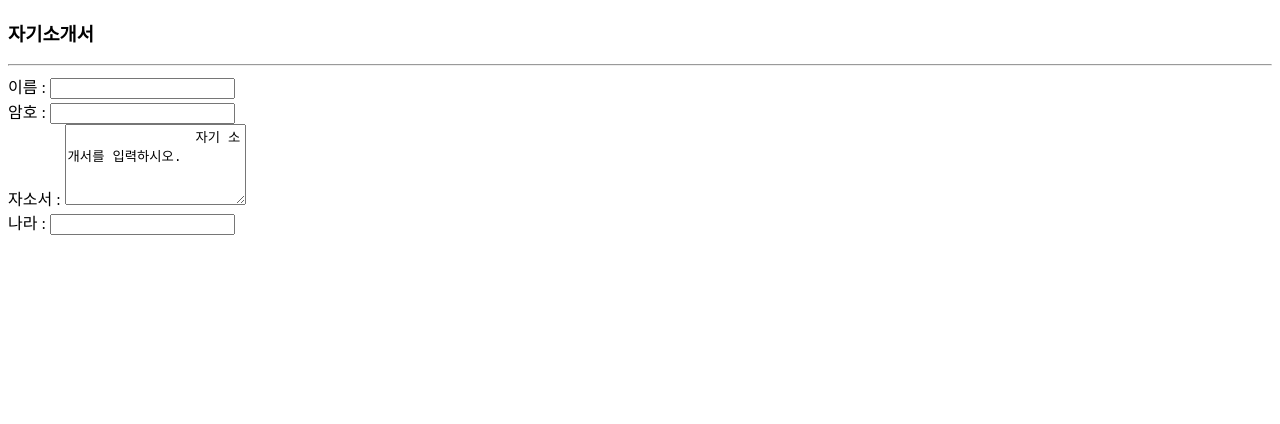
Repository: nijooymik/smartfactory
Page: jsp/t0718/src/main/webapp/html/form2.html
The author's editor kept a copy of each file at every save. The page is drawn from the files as they stood at one save, then again after the next save.
The browser window is 1280 px wide. The pictures show the whole page.

Above is the page before, as saved 2022-07-18 07:09:20.

After the next save:
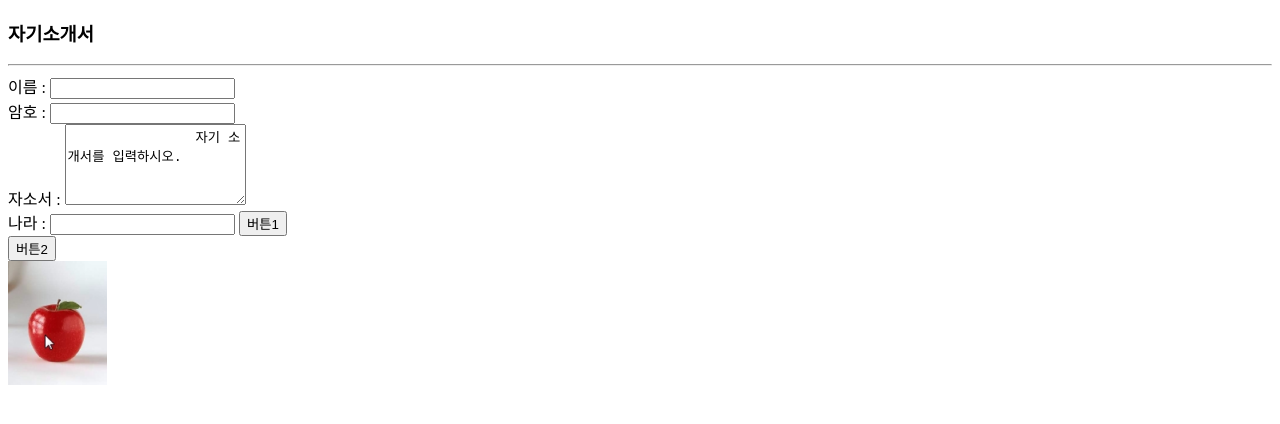
Saved 2 min 53 s later.
--- a/jsp/t0718/src/main/webapp/html/form2.html
+++ b/jsp/t0718/src/main/webapp/html/form2.html
@@ -21,6 +21,10 @@
 			<option value="중국">
 			<option value="필리핀">
 		</datalist>
+
+		<input type="button" value="버튼1"><br>
+		<button type="button" value="버튼2">버튼2</button><br>
+		<input type="image" src="apple.png" alt="이미지 버튼">
 	</form>
 </body>
 </html>
